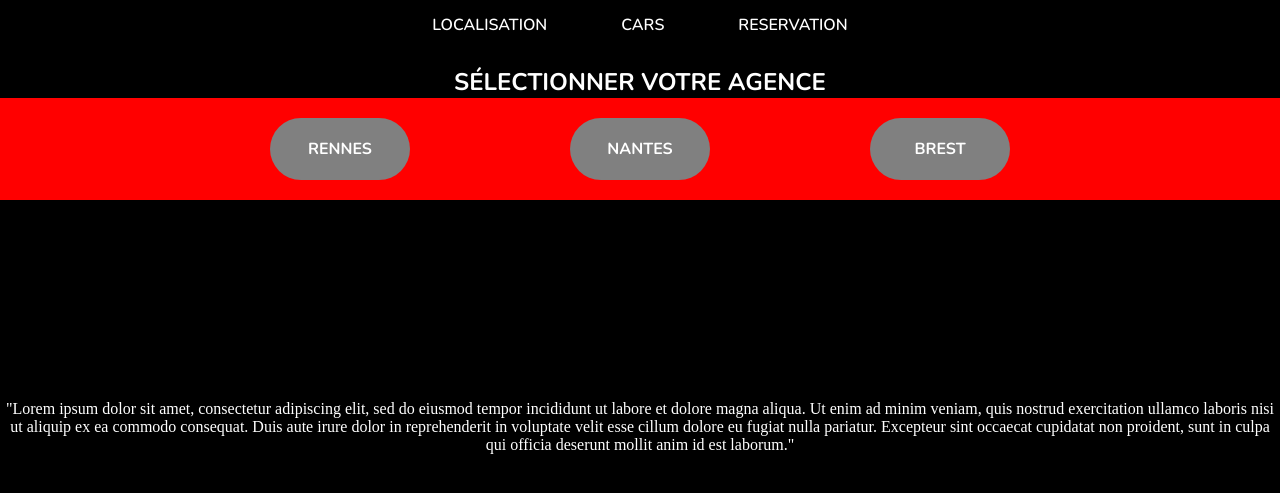
Repository: romgrm/jenaipasdevoiture
Page: src/main/java/fr/romgrm/index.html
The author's editor kept a copy of each file at every save. The page is drawn from the files as they stood at one save, then again after the next save.
The browser window is 1280 px wide. The pictures show the whole page.
An inner scrolling area shows only its first screen.

Above is the page before, as saved 2020-10-15 21:19:55.

### src/main/java/fr/romgrm/index.html
<!DOCTYPE html>
<html lang="fr">
    <head>
        <title>JENAIPASDARGENT</title>
        <link rel="stylesheet" href="style.css" type="text/css"/>
        <link href="https://fonts.googleapis.com/css2?family=Nunito:ital,wght@0,600;0,700;0,800;1,200;1,300&display=swap" rel="stylesheet">
    </head>
    <body>

        <div class="container">

            <nav class="navbar">
                <ul>
                    <li><a href="#LOCALISATION">LOCALISATION</a></li>
                    <li><a href="#SELECTCAR">CARS</a></li>
                    <li><a href="#RECAPITULATE">RESERVATION</a></li>
                </ul>
            </nav>


            <Section id="LOCALISATION">
                 <h2>SÉLECTIONNER VOTRE AGENCE</h2>
                 <ul>
                     <li class="agence"><a>RENNES</a></li>
                     <li class="agence"><a>NANTES</a></li>
                     <li class="agence"><a>BREST</a></li>
                 </ul>
                 <p>"Lorem ipsum dolor sit amet, consectetur adipiscing elit, sed do eiusmod tempor incididunt ut labore et dolore magna aliqua. Ut enim ad minim veniam, quis nostrud exercitation ullamco laboris nisi ut aliquip ex ea commodo consequat. Duis aute irure dolor in reprehenderit in voluptate velit esse cillum dolore eu fugiat nulla pariatur. Excepteur sint occaecat cupidatat non proident, sunt in culpa qui officia deserunt mollit anim id est laborum."</p>
            </Section>




            <Section id="SELECTCAR">
                <h2>CARS</h2>
                <p>"Lorem ipsum dolor sit amet, consectetur adipiscing elit, sed do eiusmod tempor incididunt ut labore et dolore magna aliqua. Ut enim ad minim veniam, quis nostrud exercitation ullamco laboris nisi ut aliquip ex ea commodo consequat. Duis aute irure dolor in reprehenderit in voluptate velit esse cillum dolore eu fugiat nulla pariatur. Excepteur sint occaecat cupidatat non proident, sunt in culpa qui officia deserunt mollit anim id est laborum."</p>
            </Section>




            <Section id="RECAPITULATE">
                <h2>SHOP</h2>
                <p>"Lorem ipsum dolor sit amet, consectetur adipiscing elit, sed do eiusmod tempor incididunt ut labore et dolore magna aliqua. Ut enim ad minim veniam, quis nostrud exercitation ullamco laboris nisi ut aliquip ex ea commodo consequat. Duis aute irure dolor in reprehenderit in voluptate velit esse cillum dolore eu fugiat nulla pariatur. Excepteur sint occaecat cupidatat non proident, sunt in culpa qui officia deserunt mollit anim id est laborum."</p>
            </Section>



        </div>
    </body>
</html>

### src/main/java/fr/romgrm/style.css
*{
    margin: 0;
    padding: 0;
}


body{
  color: white;
  /* desactiver le scroll dans le body (pas oublier
  de lui donner une taille sinon ça marche pas*/
  height: 100vh;
  overflow: hidden;

}

.container{
    height: 100%;
    width: 100%;
    /*SCROLL SMOOTH*/
    overflow-y: scroll;
    scroll-behavior: smooth;
    scroll-snap-type: y mandatory;
}

.navbar{
   /* background-color: rgba(0, 0, 0, 0.5); */
    position: fixed;
    top: 0;
    z-index: 1;
    display: flex;
    width: 100%;
    height: 50px;
    font-family: 'Nunito', sans-serif;
    font-weight: 900 bold ;
}

.navbar ul{
    display: flex;
    list-style-type: none;
    width: 100%;
    justify-content: center;
    align-items: center;
    gap: 10px;
}

.navbar ul li{
    margin: 0 1rem;
    padding: 1rem;

}

.navbar ul li a{
    color: white;
    text-decoration: none;
    transition: all .5s;
    -moz-transition: all .5s;
    -webkit-transition: all .5s;
    -o-transition: all .5s;
    -ms-transition: all .5s;

}

.navbar ul li a:hover{
    transform : scale(5);
 -moz-transform : scale(1.25);
 -webkit-transform : scale(1.25);
 -o-transform : scale(1.25);
 -ms-transform : scale(1.25);
    /*color: rgb(105, 105, 105); */
}




Section{
    display: flex;
    flex-direction: column;
    width: 100%;
    height: 100vh; /* vh = Viewport Height : permet de dimensioner par rapport à la taille de l'écran*/
    text-align: center;
    justify-content: center;
    align-items: center;
    /*SCROLL SNAP ALIGN*/
    scroll-snap-align: center;

}


/*////////////////////////////////////////////////////////////////////////////////////////////////////////////*/



#LOCALISATION{
    background-color: black;
    margin: 0;
    padding: 0;
    /*background: url('https://source.unsplash.com/K2tdx2mFDHc/1600x900') no-repeat center center/cover;;*/
}

#LOCALISATION h2{
    position: relative;
    bottom: 200px;
    font-family: 'Nunito', sans-serif;
    font-weight: 800 bold ;

}

#LOCALISATION ul{
    position: relative;
    bottom: 200px;
    display: flex;
    background-color: red;
    width: 100%;
    align-items: center;
    justify-content: center;
}

#LOCALISATION ul li{
    margin: 20px 80px 20px 80px;
    list-style-type: none;

}

#LOCALISATION ul li a{
    font-family: 'Nunito', sans-serif;
    font-weight: 700;

}

.agence{
    background-color: gray;
    padding: 20px 20px;
    width: 100px;
    border-radius: 50px;
    text-align: center;
    align-items: center;
    justify-content: center;

}

#LOCALISATION p{

}


/*////////////////////////////////////////////////////////////////////////////////////////////////////////////*/



#SELECTCAR{
    background-color: red;
}

#SELECTCAR h2{

}

#SELECTCAR p{

}


/*////////////////////////////////////////////////////////////////////////////////////////////////////////////*/


#RECAPITULATE{
    background-color: blue;
}

#RECAPITULATE h2{

}

#RECAPITULATE p{

}

After the next save:
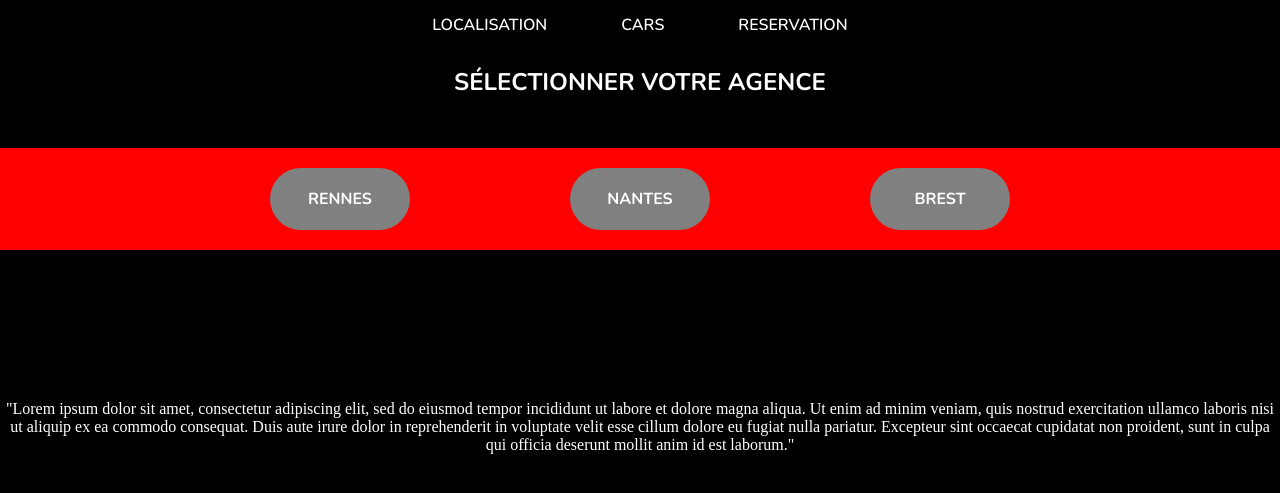
Saved 8 s later.
--- a/src/main/java/fr/romgrm/style.css
+++ b/src/main/java/fr/romgrm/style.css
@@ -107,7 +107,7 @@ Section{
 
 #LOCALISATION ul{
     position: relative;
-    bottom: 200px;
+    bottom: 150px;
     display: flex;
     background-color: red;
     width: 100%;
